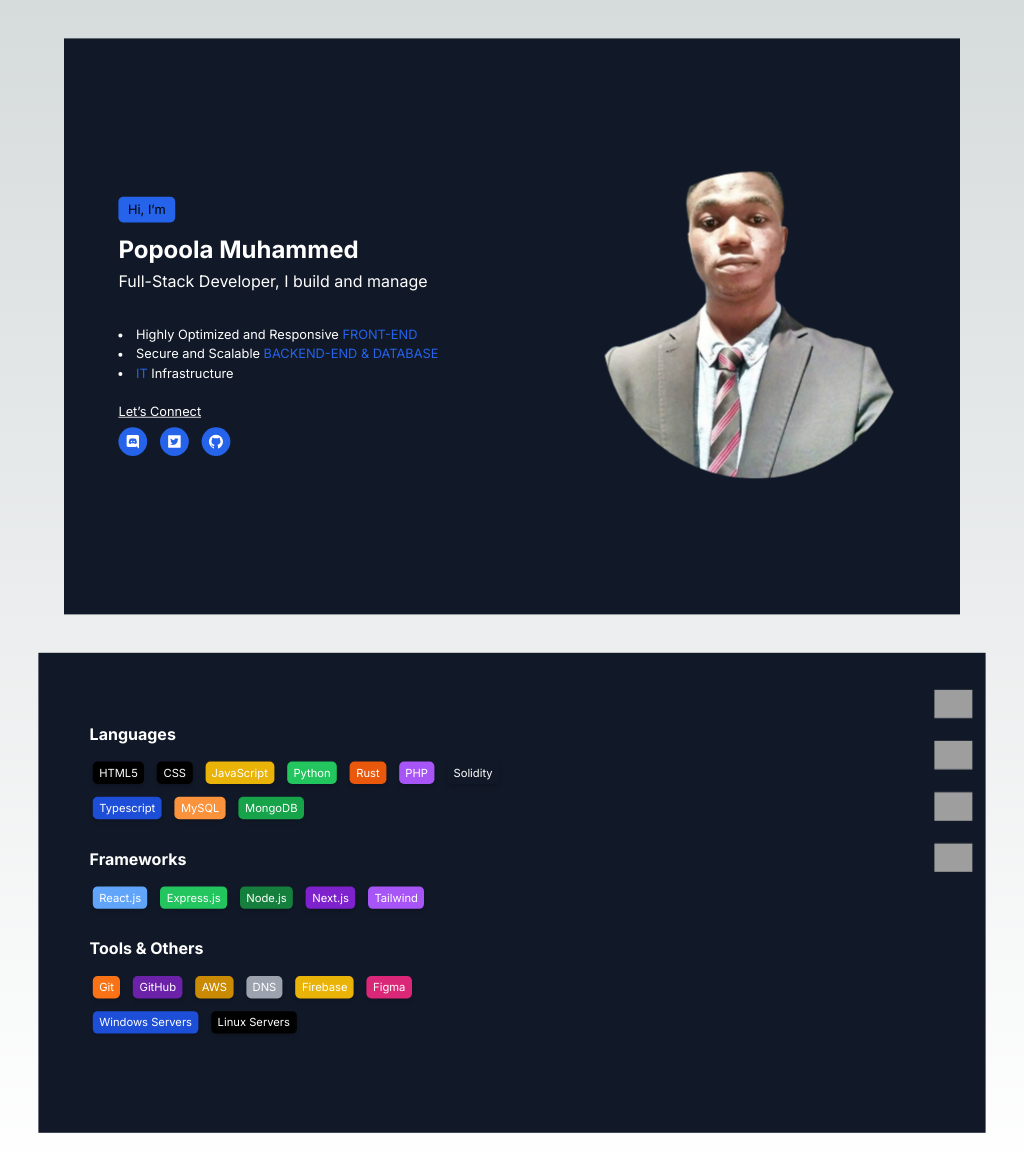
Repository: muhammedctgr/hammedctgr
Page: /
These files come from the project's save history. The page is drawn as it stood at one moment and after the next save; the edit follows.
The browser window is 1280 px wide. The pictures show the whole page, at 80% of full size.
Pictures or frames that could not be fetched are drawn as grey boxes. The project was rebuilt for these pictures with package versions that can differ from the ones it lists, and the page was loaded fresh each time. The framework's server and built-in components were replaced by stand-ins that run in the browser. Also part of the build but not shown: next.config.mjs.

Above is the page before, as saved 2024-08-01 13:54:28.

After the next save:
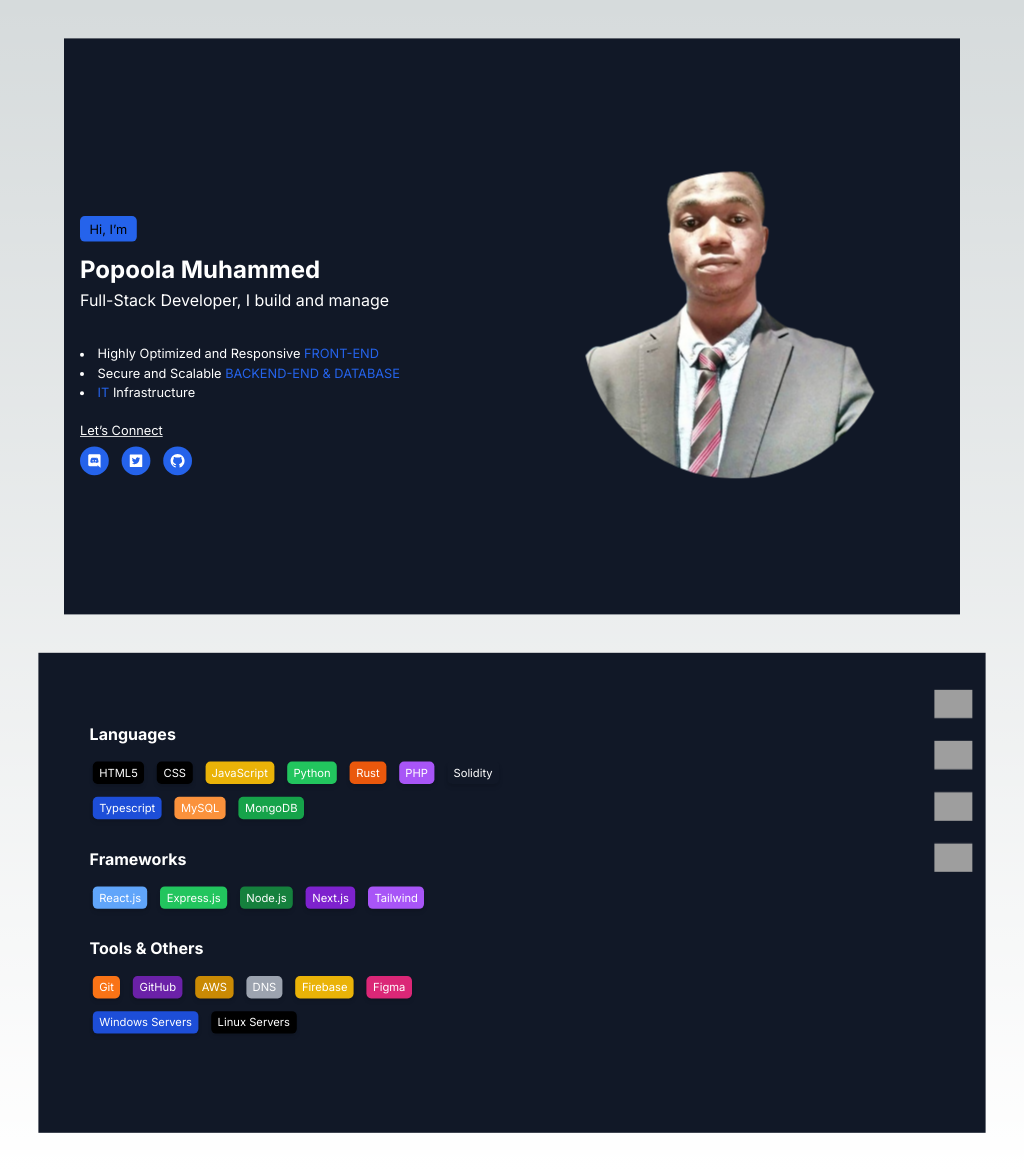
Saved 9 s later.
--- a/components/Hero.tsx
+++ b/components/Hero.tsx
@@ -6,7 +6,7 @@
   return (
     <section className="bg-gray-900 m-12 mx-20 text-white min-h-screen flex items-center">
       <div className="container mx-auto flex flex-col md:flex-row items-center">
-        <div className="flex-1 text-left md:text-left p-5 m-12 mt-12">
+        <div className="flex-1 text-left md:text-left p-5  mt-12">
           <div className="inline-block bg-blue-600 text-black py-1 px-3 mb-4 rounded-md">
             Hi, I’m
           </div>

After the save that followed:
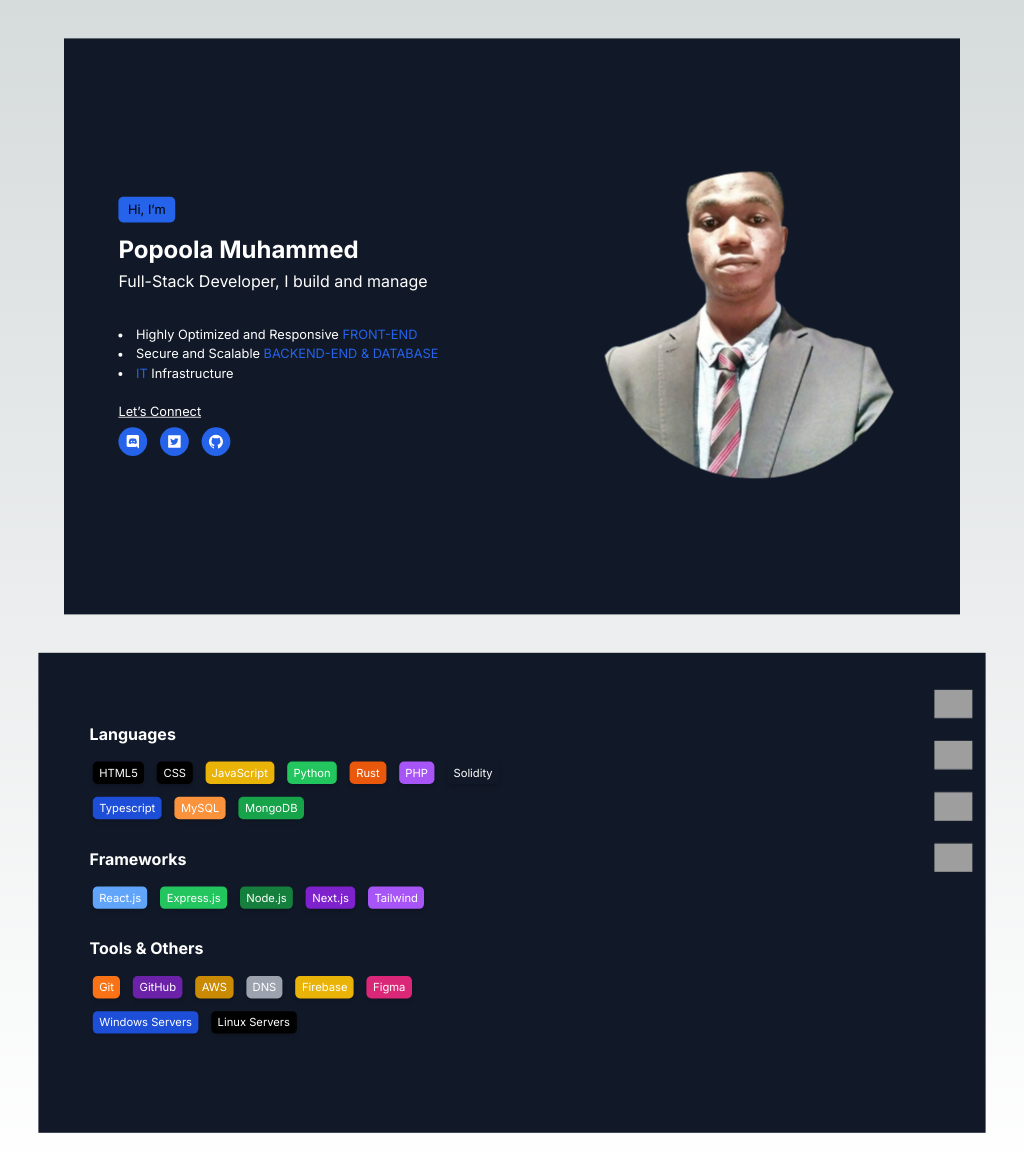
Saved 7 s later.
--- a/components/Hero.tsx
+++ b/components/Hero.tsx
@@ -6,7 +6,7 @@
   return (
     <section className="bg-gray-900 m-12 mx-20 text-white min-h-screen flex items-center">
       <div className="container mx-auto flex flex-col md:flex-row items-center">
-        <div className="flex-1 text-left md:text-left p-5  mt-12">
+        <div className="flex-1 text-left md:text-left p-5 m-12 mt-12">
           <div className="inline-block bg-blue-600 text-black py-1 px-3 mb-4 rounded-md">
             Hi, I’m
           </div>
